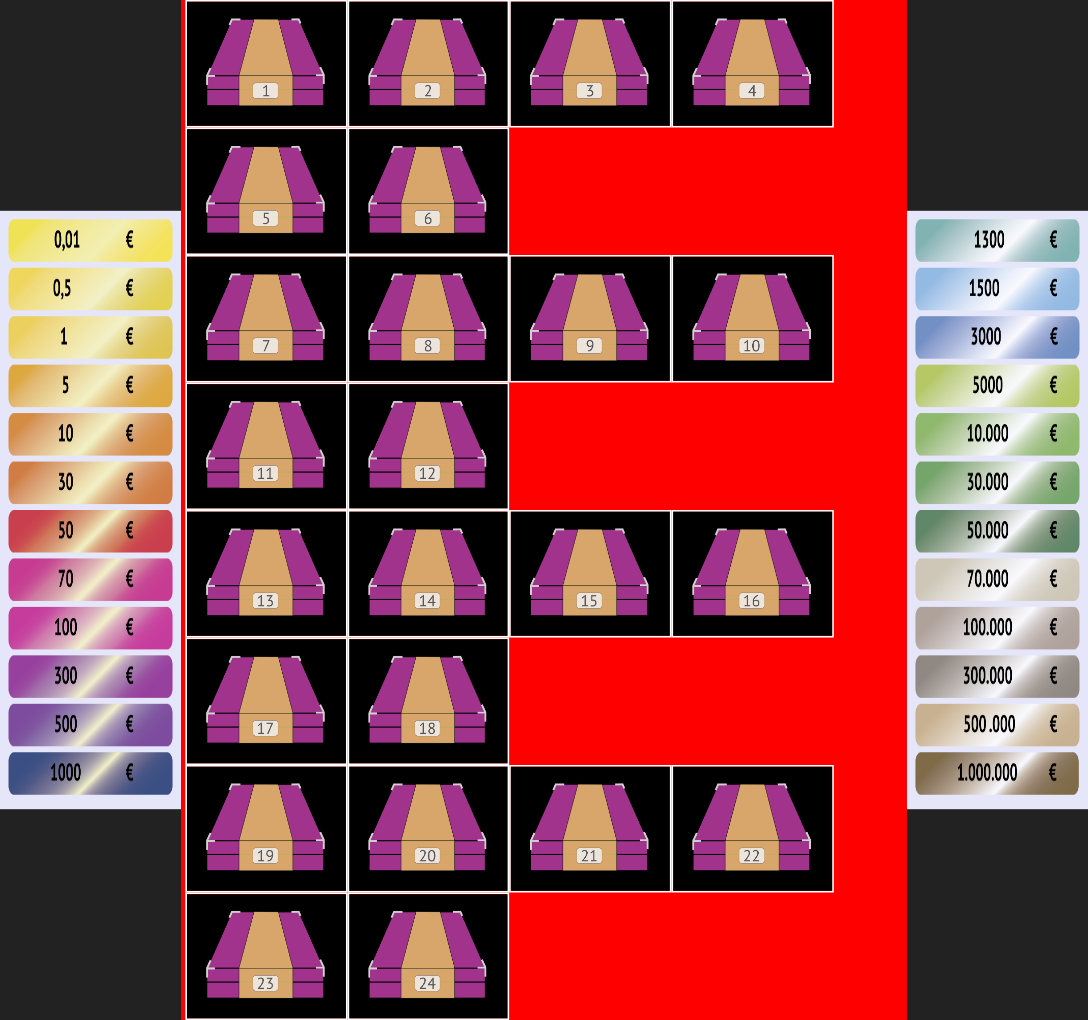
Repository: elnacp/Deal_or_no_deal
Page: DealOrNoDeal/index.html
An editor plug-in stored every save of this project. The page is shown before and after the next save, followed by the edit.
The browser window is 1280 px wide. The pictures show the whole page, at 85% of full size.
Some web libraries are served in a nearby version.

Above is the page before, as saved 2017-11-27 01:20:22.

After the next save:
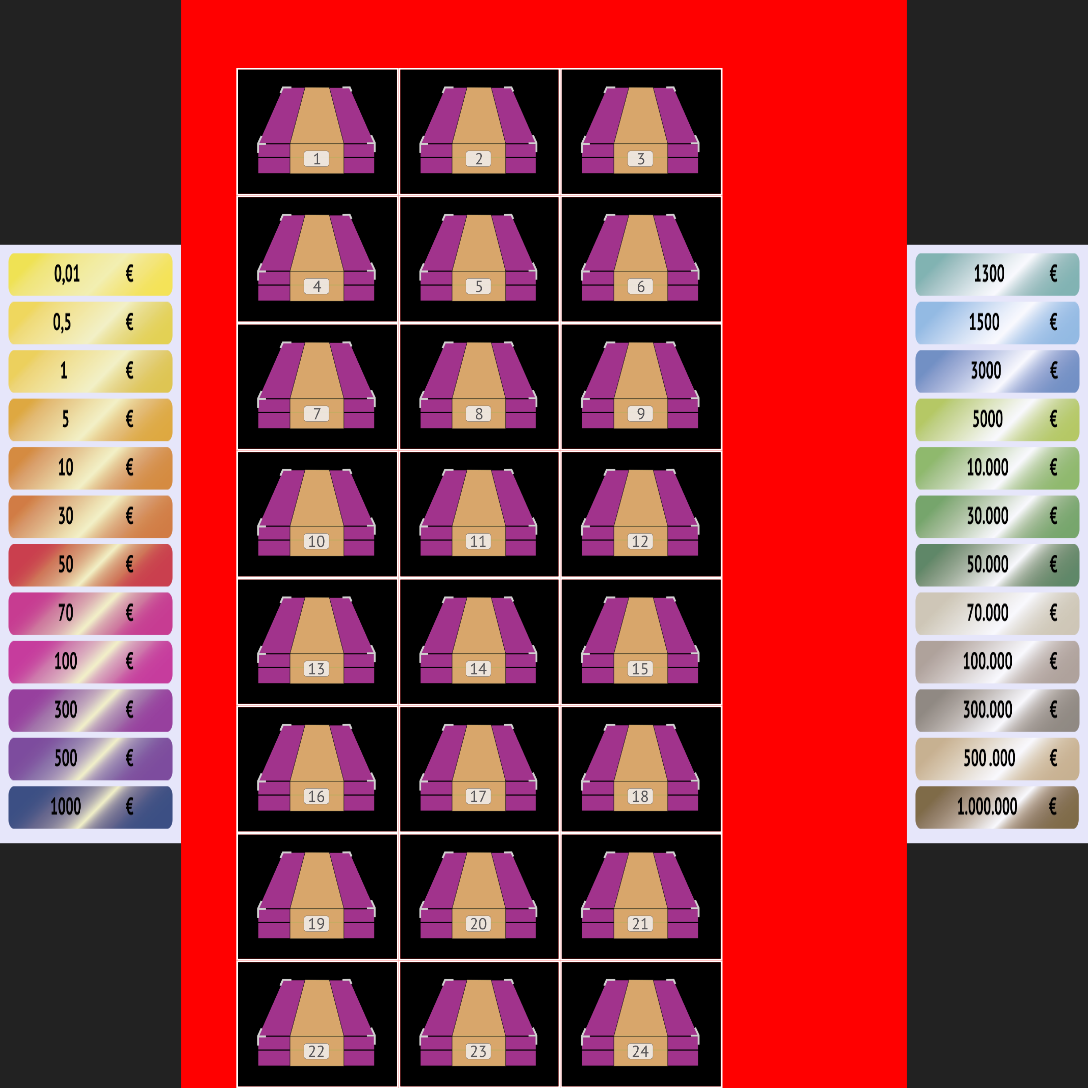
Saved 34 s later.
--- a/DealOrNoDeal/css/style.css
+++ b/DealOrNoDeal/css/style.css
@@ -31,7 +31,8 @@ body {
 }
 
 .col-md-8{
-	padding-left: 20px;
+	padding-left: 80px;
+	padding-top: 80px;
 	text-align: center;
 	background-color: red;
 	margin: none;
